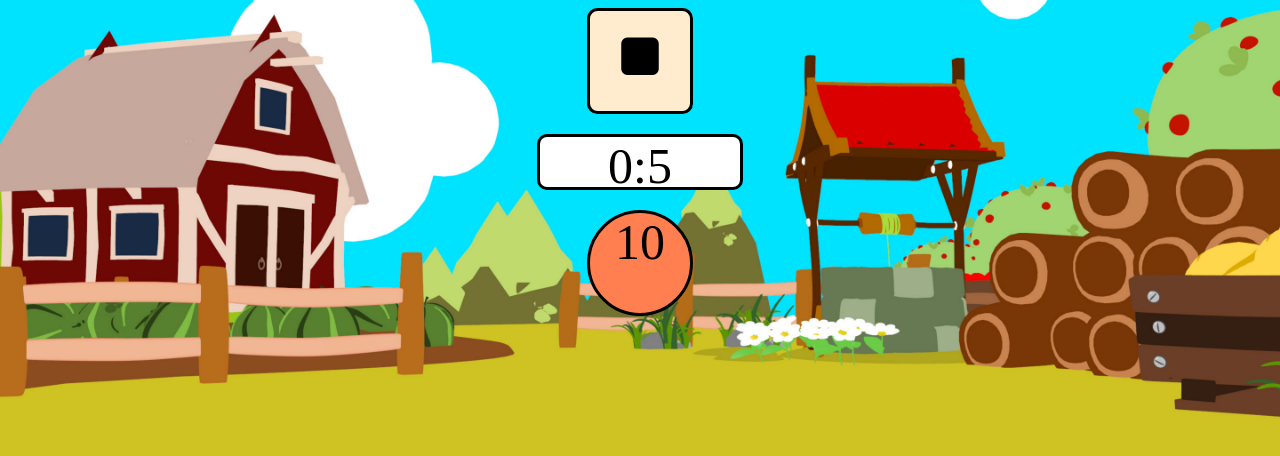
Repository: rumor1993/DreamCoding-Browser101
Page: Chapter07/index.html
An editor plug-in stored every save of this project. The page is shown before and after the next save, followed by the edit.
The browser window is 1280 px wide. The pictures show the whole page.
Some web libraries are served in a nearby version.

Above is the page before, as saved 2021-01-01 13:46:08.

After the next save:
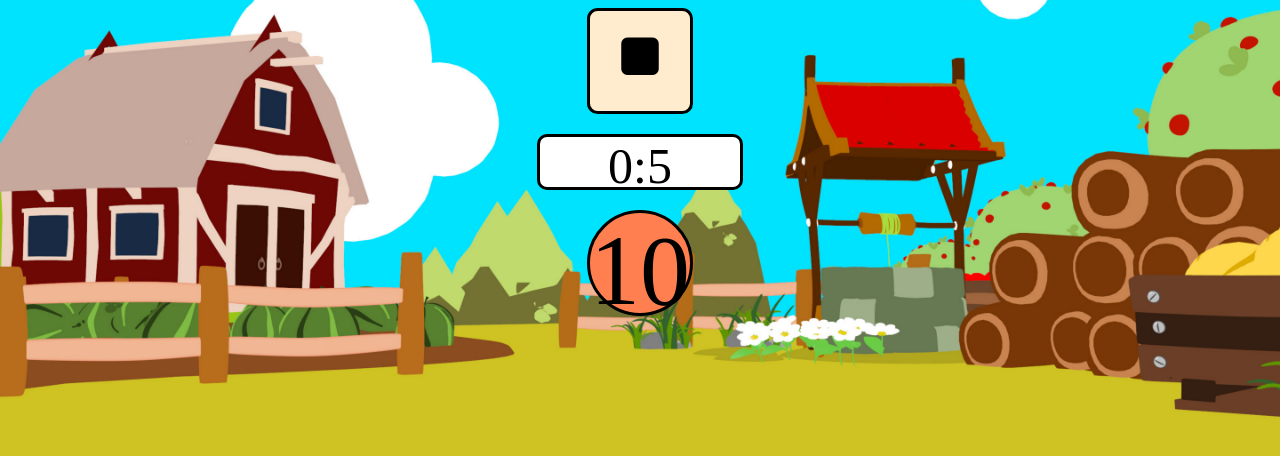
Saved 4 s later.
--- a/Chapter07/index.html
+++ b/Chapter07/index.html
@@ -48,7 +48,7 @@
 
       .count {
         text-align: center;
-        font-size: 50px;
+        font-size: 100px;
       }
 
       .time {
